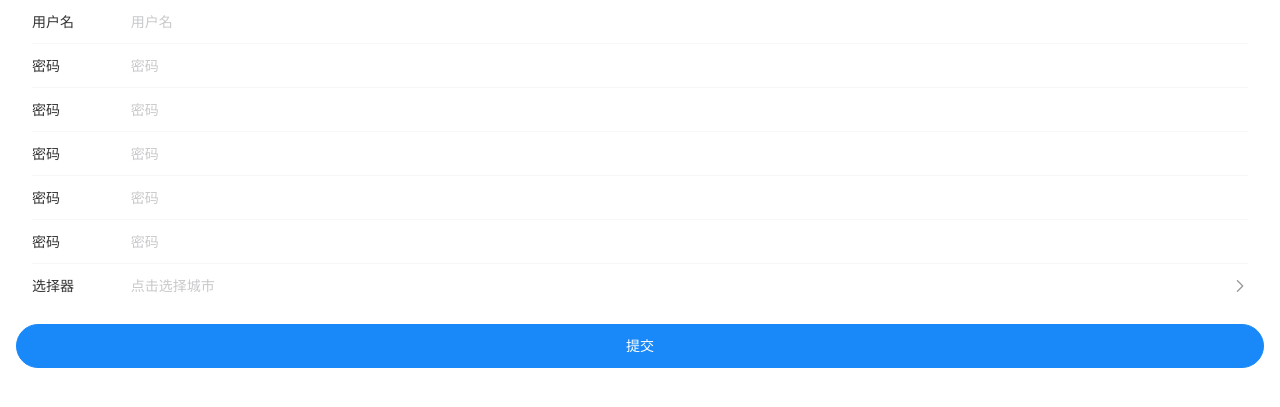
Repository: Qwenicq/new_sys
Page: /register (app in new-syws/)
The author's editor kept a copy of each file at every save. The page is drawn from the files as they stood at one save, then again after the next save.
The browser window is 1280 px wide. The pictures show the whole page.
The project was rebuilt for these pictures with package versions that can differ from the ones it lists, and the page was loaded fresh each time. Also part of the build but not shown: new-syws/vite.config.js, new-syws/src/components/user.vue.

Above is the page before, as saved 2024-01-27 13:05:18.

After the next save:
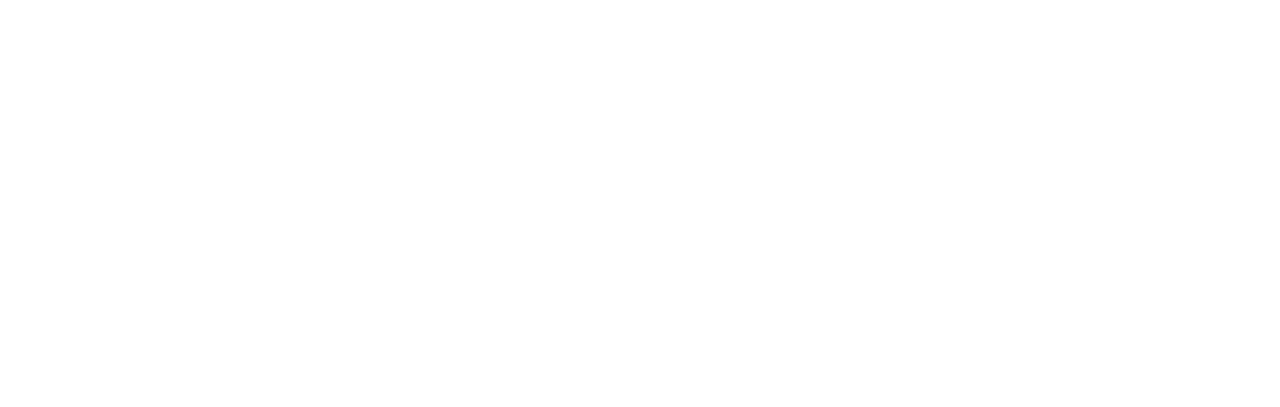
Console error: ReferenceError: ref is not defined
Saved 17 s later.
--- a/new-syws/src/views/register/RegisterPage.vue
+++ b/new-syws/src/views/register/RegisterPage.vue
@@ -1,4 +1,19 @@
-<script setup></script>
+<script setup>
+const result = ref('')
+const showPicker = ref(false)
+const columns = [
+  { text: '杭州', value: 'Hangzhou' },
+  { text: '宁波', value: 'Ningbo' },
+  { text: '温州', value: 'Wenzhou' },
+  { text: '绍兴', value: 'Shaoxing' },
+  { text: '湖州', value: 'Huzhou' }
+]
+
+const onConfirm = ({ selectedOptions }) => {
+  result.value = selectedOptions[0]?.text
+  showPicker.value = false
+}
+</script>
 
 <template>
   <div>

After the save that followed:
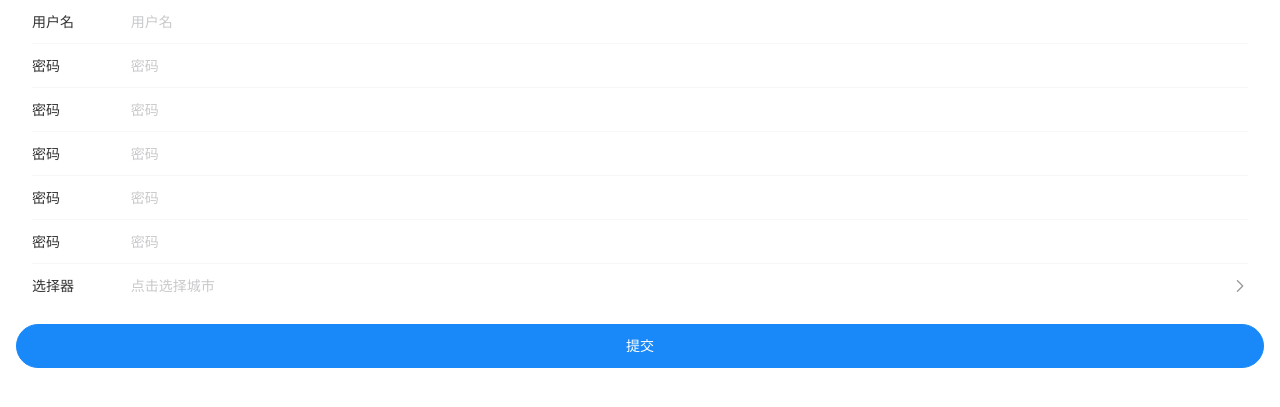
The error is gone.
Saved 9 s later.
--- a/new-syws/src/views/register/RegisterPage.vue
+++ b/new-syws/src/views/register/RegisterPage.vue
@@ -1,4 +1,5 @@
 <script setup>
+import { ref } from 'vue'
 const result = ref('')
 const showPicker = ref(false)
 const columns = [
